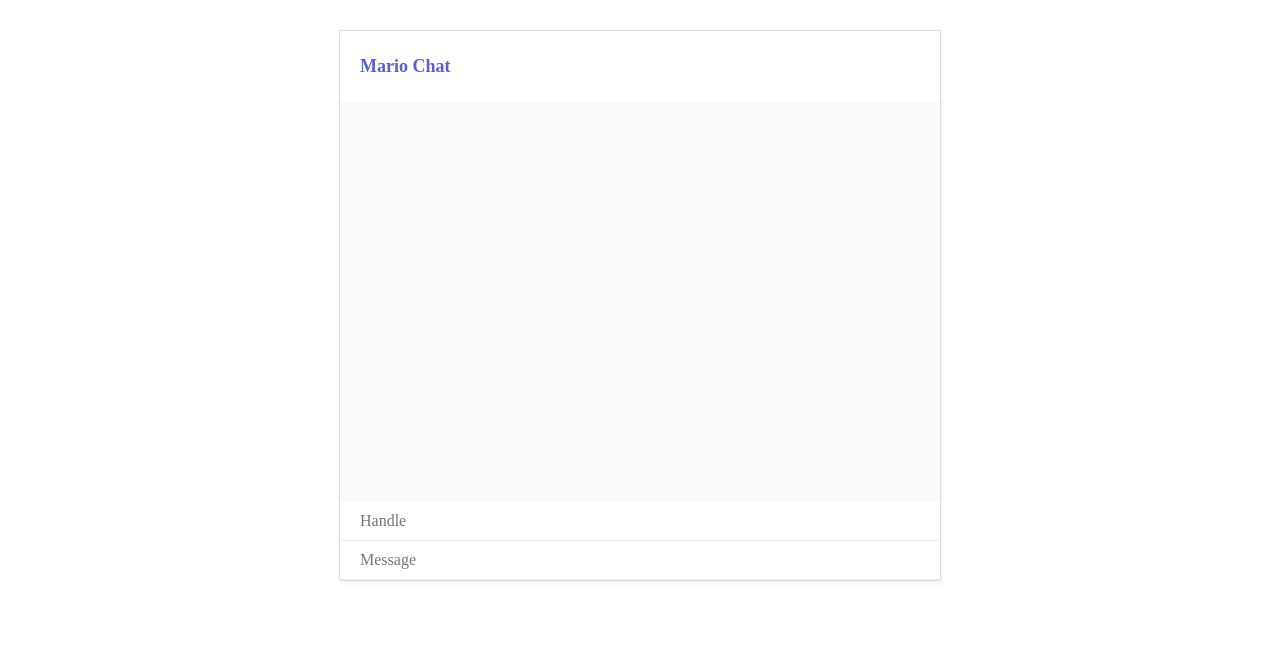
Repository: Promethees/websockets-playlist
Page: public/index.html
These files come from the project's save history. The page is drawn as it stood at one moment and after the next save; the edit follows.
The browser window is 1280 px wide. The pictures show the whole page.
The page's requests for data from a server got no answer. Some web libraries are served in a nearby version.

Above is the page before, as saved 2020-09-03 08:13:10.

After the next save:
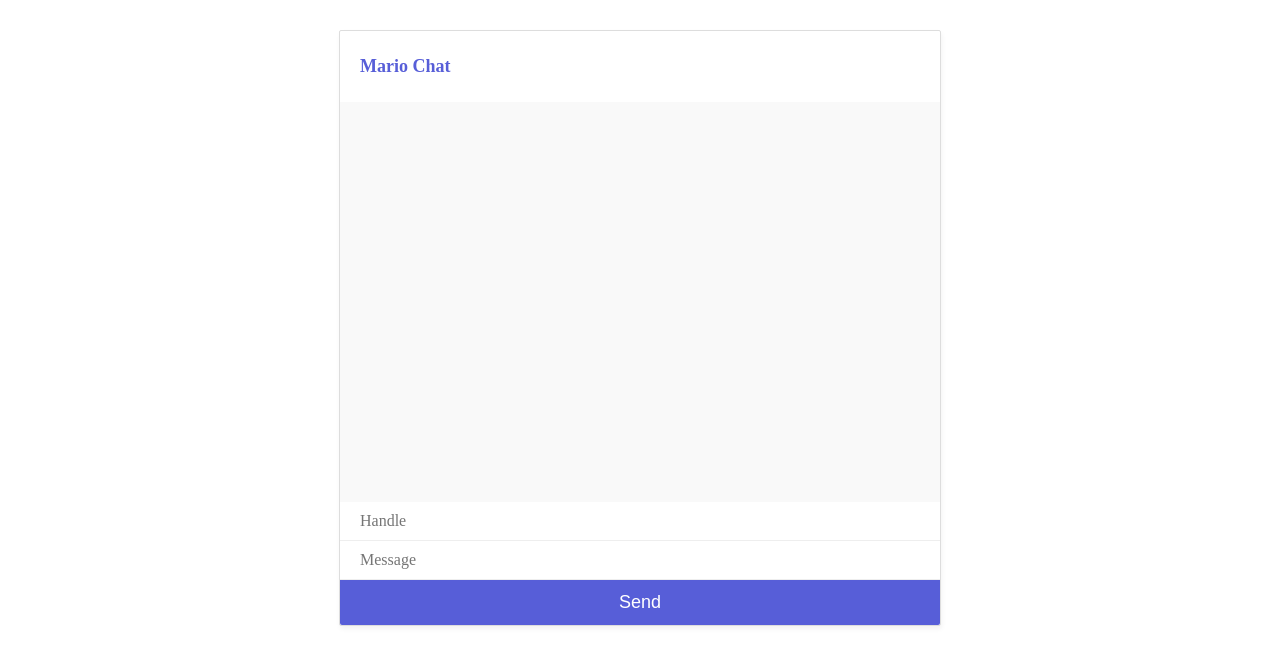
Saved 21 s later.
--- a/public/index.html
+++ b/public/index.html
@@ -20,7 +20,7 @@
             <button id="send">Send</button>
         </div>
         <script>
-            $('#send').hide();
+            $('').hide();
         </script>
     </body>
     <script src="/chat.js"></script>
